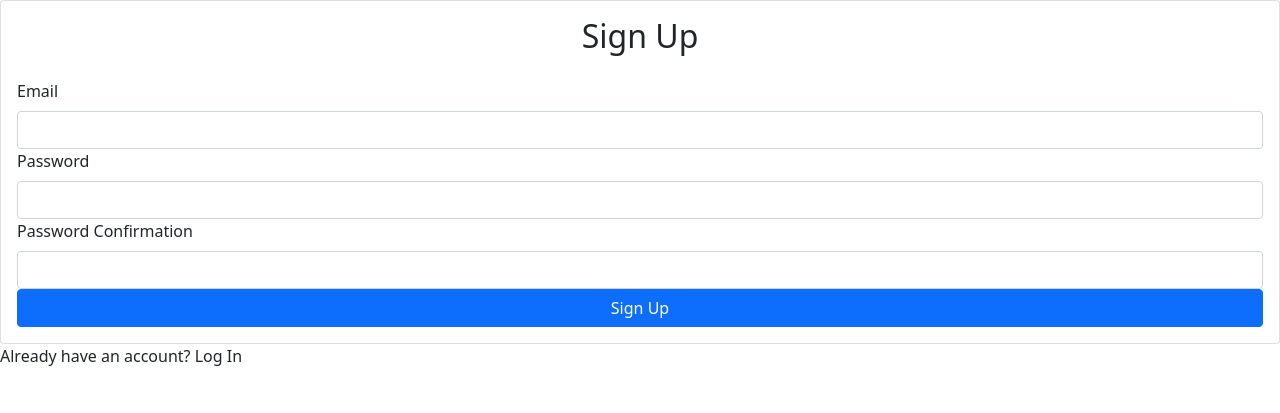
Repository: JaydenTianranYang/EsolApp
Page: /signup
The author's editor kept a copy of each file at every save. The page is drawn from the files as they stood at one save, then again after the next save.
The browser window is 1280 px wide. The pictures show the whole page.
The project was rebuilt for these pictures with package versions that can differ from the ones it lists, and the page was loaded fresh each time.

Above is the page before, as saved 2022-04-06 22:20:22.

After the next save:
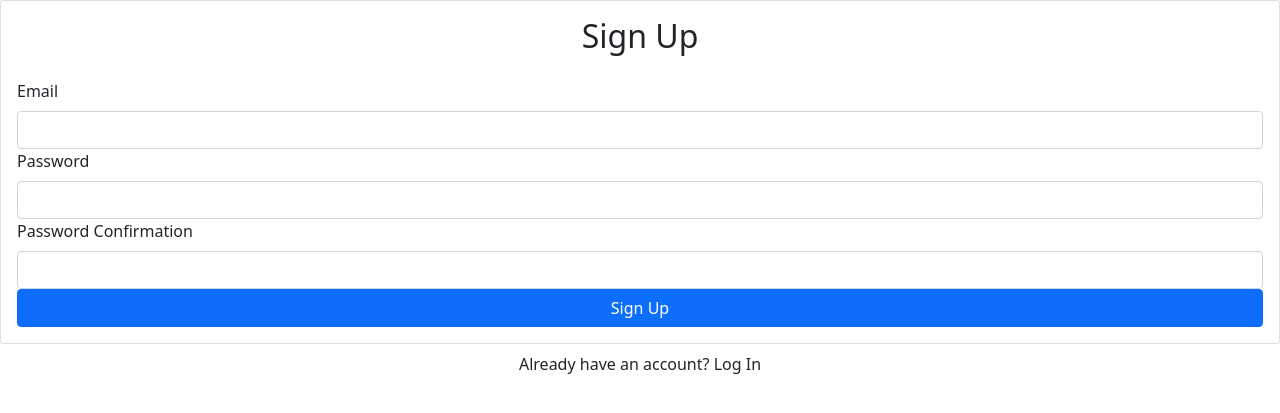
Saved 76 s later.
--- a/src/components/Signup.js
+++ b/src/components/Signup.js
@@ -28,7 +28,7 @@
                     </Form>
                 </Card.Body>
             </Card>
-            <div classNmae="w-100 text-center mt-2">
+            <div className="w-100 text-center mt-2">
                 Already have an account? Log In
             </div>
         </>
